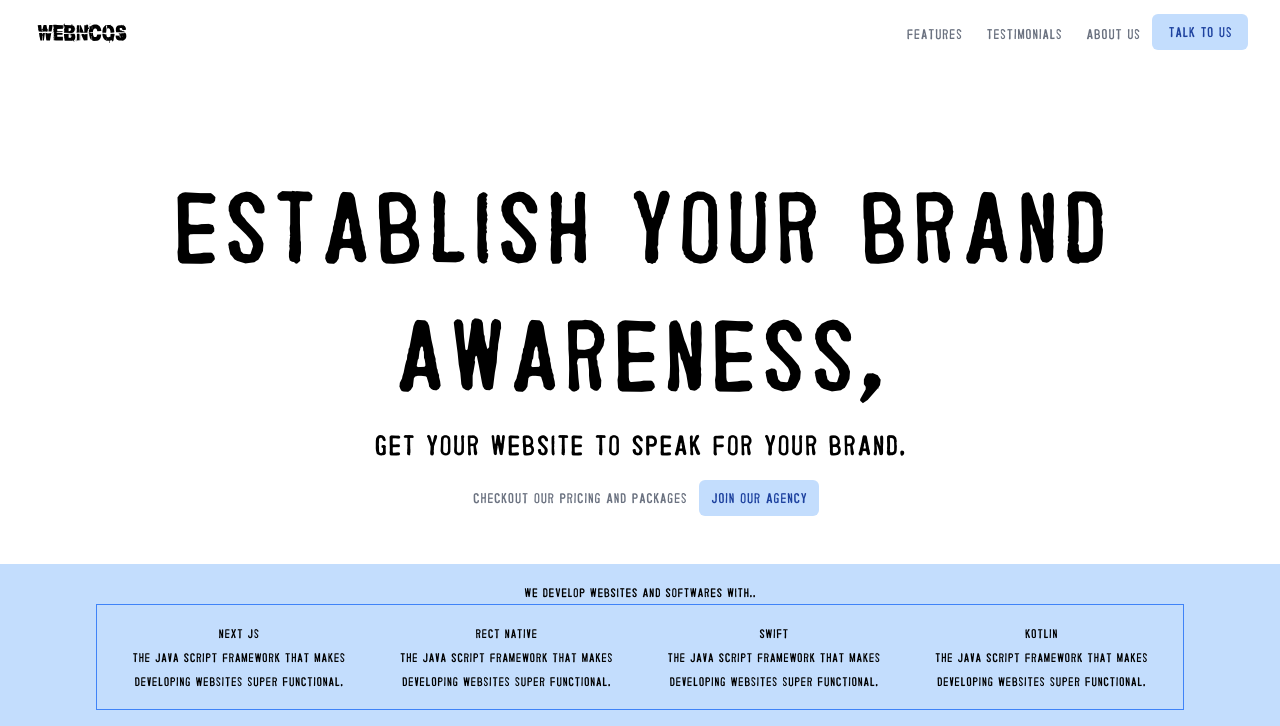
Repository: 1realjulius/webncos
Page: /
These files come from the project's save history. The page is drawn as it stood at one moment and after the next save; the edit follows.
The browser window is 1280 px wide. The pictures show the whole page.
The project was rebuilt for these pictures with package versions that can differ from the ones it lists, and the page was loaded fresh each time. The framework's server and built-in components were replaced by stand-ins that run in the browser. Also part of the build but not shown: next.config.js.

Above is the page before, as saved 2022-09-02 07:37:43.

### pages/index.tsx
import type { NextPage } from 'next'
import Head from 'next/head'
import ComingSoon from '../components/ComingSoon'
import MainHome from '../components/MainHome'
import NavigationBar from '../components/NavigationBar'

const Home: NextPage = () => {
  return (
    <div className="flex min-h-screen flex-col font-parcel">
      <Head>
      <title>Webncos</title>
        <meta name="description" content="Website and Software Development Agency." />
        <meta property="og:type" content="website"/>
        <meta property="og:url" content="https://www.webncos.com/"/>
        <meta property="og:title" content="Webncos — Website and Software Development Agency."/>
        <meta property="og:description" content="Website and Software Development Agency."/>
        {/* <meta property="og:image" content="/Assets/newmemoji.svg"/> */}
        {/* <meta property="twitter:card" content="/Assets/Julius_Eghan.jpg"/> */}
        <meta property="twitter:url" content="https://www.webncos.com/"/>
        <meta property="twitter:title" content="Webncos — Website and Software Development Agency."/>
        <meta property="twitter:description" content="Website and Software Development Agency."/>
        {/* <meta property="twitter:image" content="/Assets/Julius_Eghan.jpg"/> */}
        <link rel="icon" href="/favicon.ico" />
        {/* <meta name="google-site-verification" content="0HesePHVymRqGiL70HUKPIq0Zsap0uUIb_Ci0DpImRY" /> */}
        <meta name="theme-color" content="#2563eb"   media="(prefers-color-scheme: light)"/>
        <meta name="theme-color" content="#2563eb"   media="(prefers-color-scheme: dark)"/>
      </Head>
      <NavigationBar/>
      <MainHome/>

    </div>
  )
}

export default Home

### styles/globals.css
@tailwind base;
@tailwind components;
@tailwind utilities;

@layer base{
      @font-face{
        font-family: 'ApercuBold';
        src: url("/Fonts/ApercuPro-Bold.woff") format("woff"),url("/Fonts/ApercuPro-Bold.woff2") format("woff2");
      }
      @font-face{
        font-family: 'ApercuMedium';
        src: url("/Fonts/ApercuPro-Medium.woff") format("woff"),url("/Fonts/ApercuPro-Medium.woff2") format("woff2");
      }
      @font-face{
        font-family: 'circularBlack';
        src: url("/Fonts/circular-black.woff2") format("woff2");
      }
      @font-face{
        font-family: 'circularBold';
        src: url("/Fonts/circular-bold.woff2") format("woff2");
      }
      @font-face{
        font-family: 'circularBook';
        src: url("/Fonts/circular-book.woff2") format("woff2");
      }
      @font-face{
        font-family: 'circularMedium';
        src: url("/Fonts/circular-medium.woff2") format("woff2");
      }
      @font-face{
        font-family: 'parcel';
        src: url("/Fonts/parcel.woff2") format("woff2"), url("/Fonts/parcel.woff") format("woff");
      }
    }

### components/MainHome.tsx
import Link from "next/link";
import React from "react";
import Image from "next/image";
import FeatureImg from "/Assets/Julius_Eghan.jpg";
import FImg from "/Assets/Julius_Eghan.jpg";

const MainHome = () => {
  return (
    <div>
      {/* header */}
      <div>
        <div className=" flex flex-col items-center justify-center mt-20 mb-10">
          <div className="pt-4 pb-2">
            <h1 className="text-6xl md:text-9xl text-center font-parcel px-2">
              ESTABLISH YOUR BRAND AWARENESS,
            </h1>
          </div>
          <div className="pb-2">
            <h2 className="text-2xl md:text-4xl font-parcel px-2">
              GET YOUR WEBSITE TO SPEAK FOR YOUR BRAND.
            </h2>
          </div>
          <div className="flex flex-col md:flex-row items-center">
            <div className="px-3 py-1 my-2">
              <Link href="#">
                <h3 className="text-gray-500 hover:text-gray-900 cursor-pointer text-lg">
                  Checkout Our Pricing And Packages
                </h3>
              </Link>
            </div>
            <Link href="#">
              <div className="px-3 py-1 rounded-md bg-blue-200 active:bg-blue-300 my-2 cursor-pointer">
                <h3 className="text-blue-800 text-lg">Join Our Agency</h3>
              </div>
            </Link>
          </div>
        </div>
      </div>
      {/* trusted by brands */}
      <div className="flex flex-col bg-blue-200 p-4 px-4 md:px-24 items-center justify-center">
        <div>
          <h1>WE DEVELOP WEBSITES AND SOFTWARES WITH..</h1>
        </div>
        <div className="p-2 flex flex-col md:flex-row border border-blue-500">
          <div className="flex flex-row">
            <div className="p-2 text-center">
              <div>Next Js</div>
              <div>
                The Java Script Framework that makes developing websites super
                functional.
              </div>
            </div>
            <div className="p-2 text-center">
              <div>Rect Native</div>
              <div>
                The Java Script Framework that makes developing websites super
                functional.
              </div>
            </div>
          </div>
          <div className=" flex flex-row">
            <div className="p-2 text-center">
              <div>Swift</div>
              <div>
                The Java Script Framework that makes developing websites super
                functional.
              </div>
            </div>
            <div className="p-2 text-center">
              <div>Kotlin</div>
              <div>
                The Java Script Framework that makes developing websites super
                functional.
              </div>
            </div>
          </div>
        </div>
      </div>
      {/* Fameworks Used */}
      <div></div>
      {/* Services We offer (Features) */}
      <div></div>
      {/* Testimonials */}
      <div></div>
      {/* FAQs */}
      <div></div>
      {/* Other Sections */}
      <div></div>
    </div>
  );
};

export default MainHome;

### components/NavigationBar.tsx
/* This example requires Tailwind CSS v2.0+ */
import { Fragment } from "react";
import { Disclosure, Menu, Transition } from "@headlessui/react";
import { BellIcon, MenuIcon, XIcon } from "@heroicons/react/outline";
import Link from "next/link";
import Image from "next/image";

function classNames(...classes: string[]) {
  return classes.filter(Boolean).join(" ");
}

export default function NavigationBar() {
  return (
    <Disclosure as="nav" className="bg-white">
      {({ open }) => (
        <>
          <div className="max-w-7xl mx-auto px-4 sm:px-6 lg:px-8">
            <div className="flex justify-between h-16">
              <div className="flex">
                <div className="flex-shrink-0 flex items-center">
                  {/* the logo */}
                  <Link href="#">
                    <Image
                      src="/Assets/webncos-logo-lg.svg"
                      width={100}
                      height={22}
                      alt="webncos logo"
                      className=""
                    />
                  </Link>
                </div>
                <div className="hidden sm:ml-6 sm:flex sm:space-x-8"></div>
              </div>
              <div className="hidden sm:ml-6 sm:flex sm:items-center">
                <a
                  href="#"
                  className="text-gray-500 text-lg hover:text-gray-900 inline-flex items-center px-3 pt-1 "
                >
                  Features
                </a>
                <a
                  href="#"
                  className=" text-gray-500 hover:text-gray-900 inline-flex items-center px-3 pt-1  text-lg"
                >
                  Testimonials
                </a>
                <a
                  href="#"
                  className=" text-gray-500 hover:text-gray-900 inline-flex items-center px-3 pt-1  text-lg"
                >
                  About Us
                </a>
                <Link href="#">
                  <div className="px-4 py-1 bg-blue-200 active:bg-blue-300 rounded-md cursor-pointer">
                    <h2 className="text-blue-800 text-lg">Talk To Us</h2>
                  </div>
                </Link>
              </div>
              <div className="-mr-2 flex items-center sm:hidden">
                {/* Mobile menu button */}
                <Disclosure.Button className="inline-flex items-center justify-center p-2 rounded-full text-gray-400 hover:text-gray-500 hover:bg-gray-100 ">
                  <span className="sr-only">Open main menu</span>
                  {open ? (
                    <XIcon className="block h-6 w-6" aria-hidden="true" />
                  ) : (
                    <MenuIcon className="block h-6 w-6" aria-hidden="true" />
                  )}
                </Disclosure.Button>
              </div>
            </div>
          </div>

          <Disclosure.Panel className="sm:hidden border-2 rounded-lg px-4 mx-2">
            <div className="flex flex-col pt-4 space-y-1 items-center">
              <a
                className="hover:bg-gray-100 w-full text-center py-2 rounded-md text-lg"
                href="#"
              >
                Features
              </a>
              <a
                className="hover:bg-gray-100 w-full text-center py-2 rounded-md text-lg"
                href="#"
              >
                Testimonials
              </a>
              <a
                className="hover:bg-gray-100 w-full text-center py-2 rounded-md text-lg"
                href="#"
              >
                About Us
              </a>
            </div>
            <div className="flex py-2 items-center justify-center">
              <Link href="#">
                <div className="px-3 py-1 bg-blue-200 active:bg-blue-300 rounded-md cursor-pointer">
                  <h2 className="text-blue-800 text-lg">Contact Us</h2>
                </div>
              </Link>
            </div>
          </Disclosure.Panel>
        </>
      )}
    </Disclosure>
  );
}

### tailwind.config.js
/** @type {import('tailwindcss').Config} */
module.exports = {
  content: [
    './pages/**/*.{js,ts,jsx,tsx}',
    './components/**/*.{js,ts,jsx,tsx}',
    "./node_modules/flowbite-react/**/*.js",
  ],
  theme: {
    extend: {
      fontFamily: {
        ApercuBold: 'ApercuBold, sans',
        ApercuMedium: 'ApercuMedium, sans',
        circularBlack: 'circularBlack, sans',
        circularBold: 'circularBold, sans',
        circularBook: 'circularBook, sans',
        circularMedium: 'circularMedium, sans',
        parcel: 'parcel, sans',
      },
    },
  },
  plugins: [
    require("flowbite/plugin")
  ],
}

Loaded but not shown: pages/_app.tsx (common file); pages/api/hello.ts (common file)

After the next save:
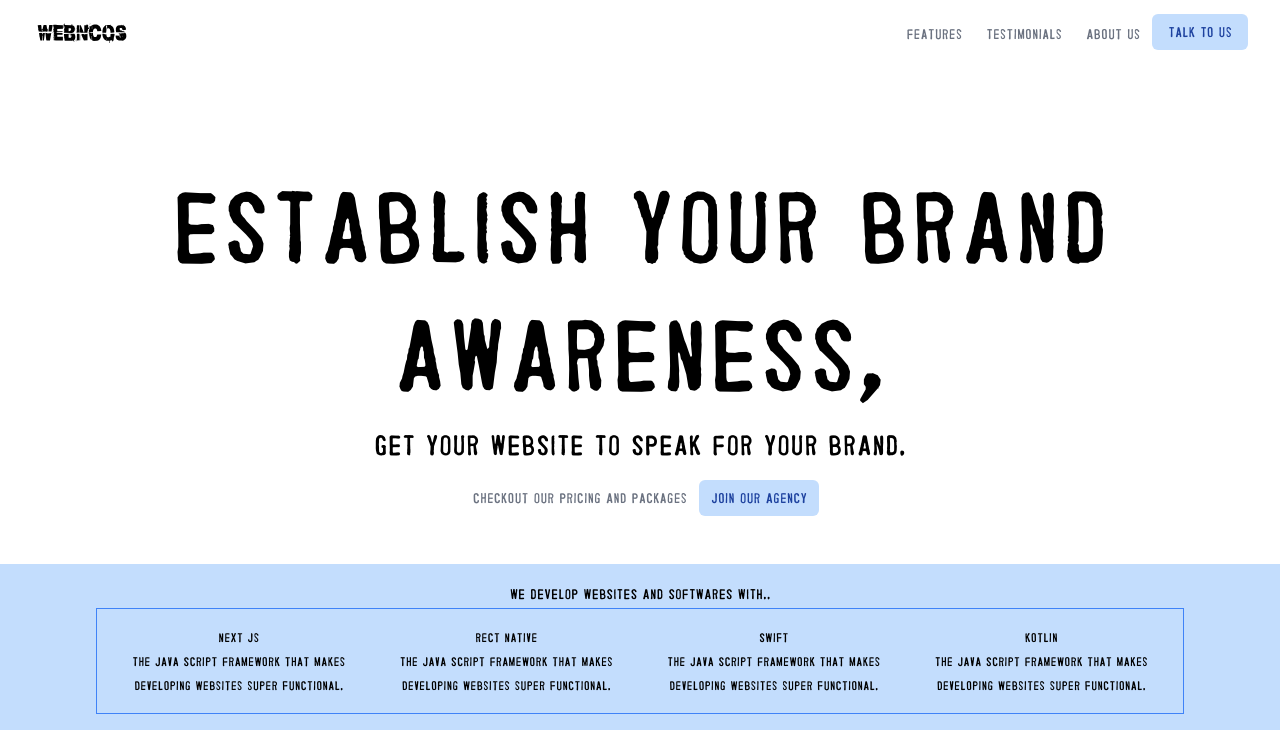
Saved 36 s later.
--- a/components/MainHome.tsx
+++ b/components/MainHome.tsx
@@ -39,7 +39,7 @@ const MainHome = () => {
       {/* trusted by brands */}
       <div className="flex flex-col bg-blue-200 p-4 px-4 md:px-24 items-center justify-center">
         <div>
-          <h1>WE DEVELOP WEBSITES AND SOFTWARES WITH..</h1>
+          <h1 className="text-lg">WE DEVELOP WEBSITES AND SOFTWARES WITH..</h1>
         </div>
         <div className="p-2 flex flex-col md:flex-row border border-blue-500">
           <div className="flex flex-row">
